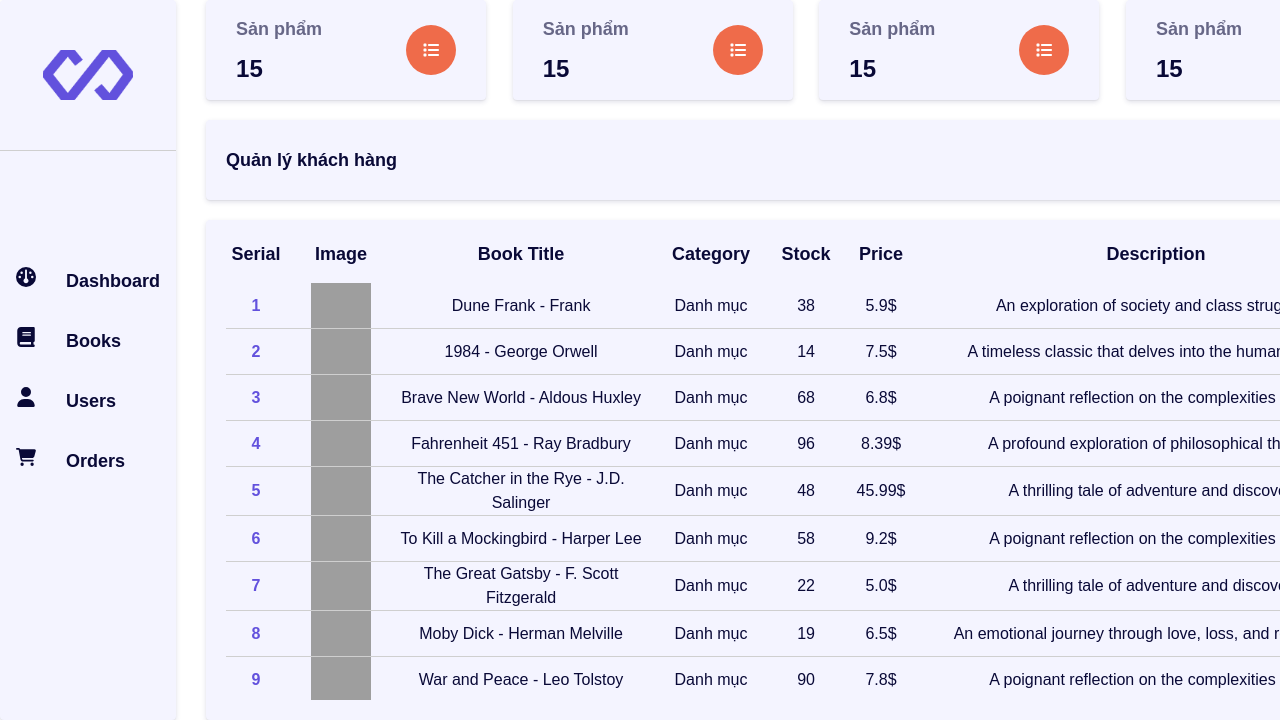
Repository: kauittt/BookStore_FE
Page: / (app in book-store/)
The author's editor kept a copy of each file at every save. The page is drawn from the files as they stood at one save, then again after the next save.
The browser window is 1280 px wide. The pictures show the whole page.
Pictures or frames that could not be fetched are drawn as grey boxes. An inner scrolling area shows only its first screen. The project was rebuilt for these pictures with package versions that can differ from the ones it lists, and the page was loaded fresh each time. Also part of the build but not shown: book-store/vite.config.js, book-store/src/components/elements/FormInput.jsx, book-store/src/components/login-signup/Login.jsx, book-store/src/components/book/BookItem.jsx, book-store/src/components/book/BookList.jsx, book-store/src/components/elements/BackNavigation.jsx, book-store/src/components/book/BookDetail.jsx, book-store/src/components/cart/QuantitySelector.jsx and 4 more.

Above is the page before, as saved 2024-07-20 12:39:11.

After the next save:
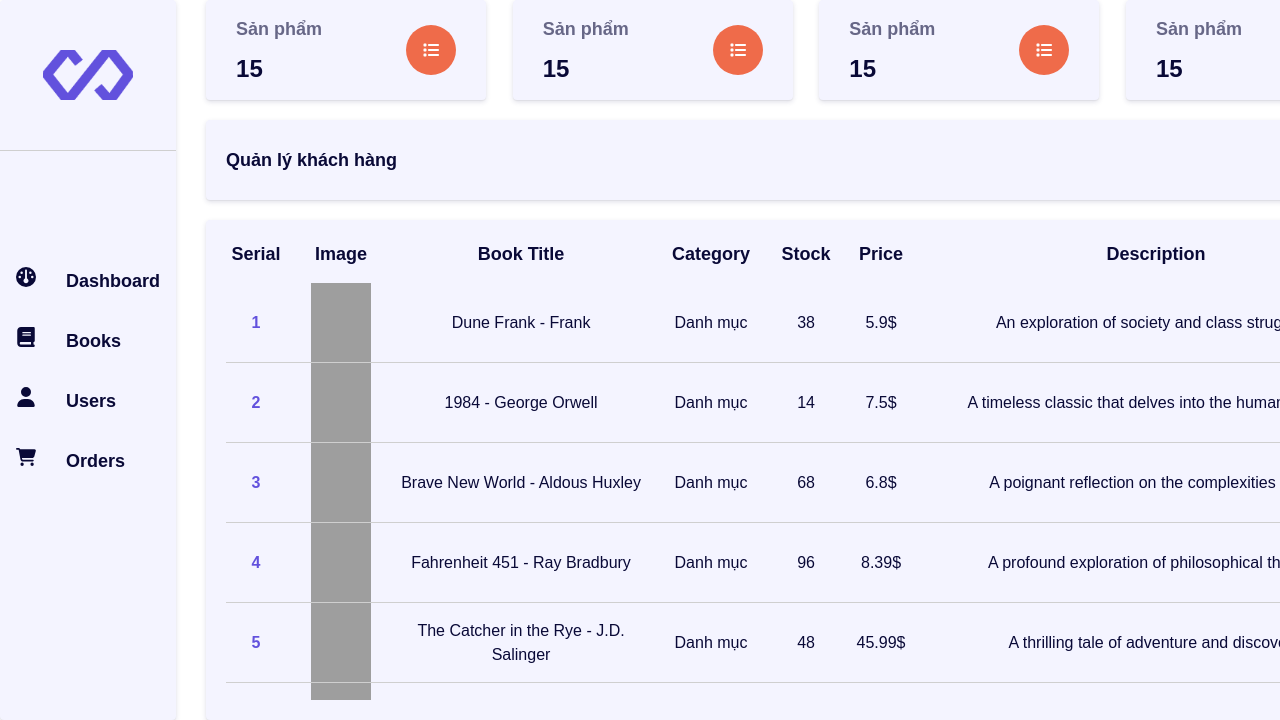
Saved 45 s later.
--- a/book-store/src/components/admin/ManageItem.jsx
+++ b/book-store/src/components/admin/ManageItem.jsx
@@ -14,7 +14,7 @@ const ManageItem = (props) => {
     return (
         <div
             className="flex justify-between  items-center
-                gap-[15px] h-[80px] relative
+                gap-[15px] min-h-[80px] h-[80px] relative
                 border-b border-border"
         >
             <p
